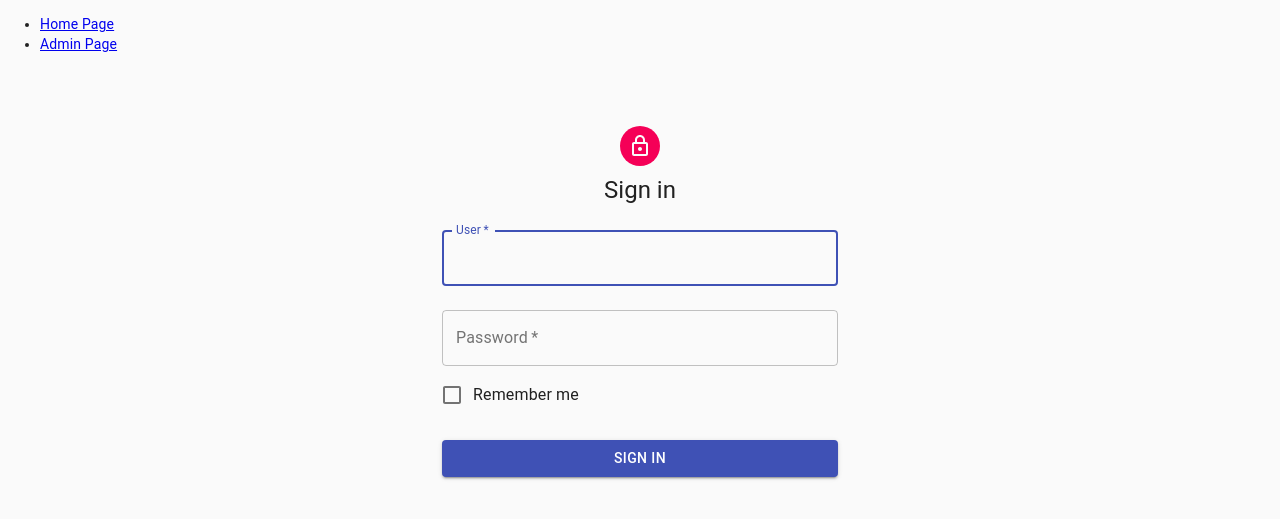
Repository: iznnull/models-front
Page: /admin
An editor plug-in stored every save of this project. The page is shown before and after the next save, followed by the edit.
The browser window is 1280 px wide. The pictures show the whole page.
The project was rebuilt for these pictures with package versions that can differ from the ones it lists, and the page was loaded fresh each time. Also part of the build but not shown: src/pages/Admin.js.

Above is the page before, as saved 2020-05-13 14:36:14.

### src/App.js

import React from "react";
import { BrowserRouter as Router, Link, Route } from "react-router-dom";
import PrivateRoute from './routes/PrivateRoute';
import Admin from "./pages/Admin";
import AuthForm from "./components/AuthForm"
import { AuthContext } from "./context/auth";

function App(props) {
  return (
    <AuthContext.Provider value={false}>
      <Router>
        <div>
          <ul>
          <li>
            <Link to="/">Home Page</Link>
          </li>
          <li>
            <Link to="/admin">Admin Page</Link>
          </li>
          </ul>
          <Route exact path="/" component={AuthForm} />
          <PrivateRoute path="/admin" component={Admin} />
        </div>
      </Router>
    </AuthContext.Provider>
  );
}

export default App;

### src/routes/PrivateRoute.js
import React from "react";
import { Route, Redirect } from "react-router-dom";
import { useAuth } from "../context/auth";

function PrivateRoute({ component: Component, ...rest }) {
  const { authTokens } = useAuth();


  return (
    <Route
      {...rest}
      render={props =>
        authTokens  ? (
          <Component {...props} />
        ) : (
          <Redirect to="/" />
        )
      }
    />
  );
}

export default PrivateRoute;

### src/components/AuthForm.js
import React, {useState} from 'react';
import Avatar from '@material-ui/core/Avatar';
import Button from '@material-ui/core/Button';
import CssBaseline from '@material-ui/core/CssBaseline';
import TextField from '@material-ui/core/TextField';
import FormControlLabel from '@material-ui/core/FormControlLabel';
import Checkbox from '@material-ui/core/Checkbox';
import LockOutlinedIcon from '@material-ui/icons/LockOutlined';
import Typography from '@material-ui/core/Typography';
import Container from '@material-ui/core/Container';
import { makeStyles } from '@material-ui/core/styles';
import { useAuth } from "../context/auth";
import axios from 'axios';
import { Redirect } from "react-router-dom";

const useStyles = makeStyles((theme) => ({
    paper: {
      marginTop: theme.spacing(8),
      display: 'flex',
      flexDirection: 'column',
      alignItems: 'center',
    },
    avatar: {
      margin: theme.spacing(1),
      backgroundColor: theme.palette.secondary.main,
    },
    form: {
      width: '100%', // Fix IE 11 issue.
      marginTop: theme.spacing(1),
    },
    submit: {
      margin: theme.spacing(3, 0, 2),
    },
  }));

function AuthForm(props) {

    const [user, setUser] = useState("");
    const [password, setPassword] = useState("");
    const [isLoggedIn, setLoggedIn] = useState(false);
    const { setAuthTokens } = useAuth();

    const classes = useStyles();

    const onLoginForm_Submit = () => {
      axios.post("http://localhost:5000/api/authenticate", {
        user,
        password
      }).then(result => {
        console.log(result.status)
        if (result.status === 200) {
          setAuthTokens(result.data);
          setLoggedIn(true);
        } else {
          setLoggedIn(false);
        }
      }).catch(e => {
        setLoggedIn(false);
      });
    }

    if (isLoggedIn) {
      return <Redirect to="/admin" />;
    }

    return <Container component="main" maxWidth="xs">
        <CssBaseline />
        <div className={classes.paper}>
            <Avatar className={classes.avatar}>
            <LockOutlinedIcon />
            </Avatar>

            <Typography component="h1" variant="h5">
            Sign in
            </Typography>

            <form className={classes.form} validate="true" action="#" onSubmit={onLoginForm_Submit.bind(this)}>
                <TextField
                    variant="outlined"
                    margin="normal"
                    required
                    fullWidth
                    id="user"
                    label="User"
                    name="user"
                    autoComplete="user"
                    autoFocus
                    onChange={(e) => setUser(e.target.value)}
                />
                <TextField
                    variant="outlined"
                    margin="normal"
                    required
                    fullWidth
                    name="password"
                    label="Password"
                    type="password"
                    id="password"
                    autoComplete="current-password"
                    onChange={(e) => setPassword(e.target.value)}
                />
                <FormControlLabel
                    control={<Checkbox value="remember" color="primary" />}
                    label="Remember me"
                />
                <Button
                    type="submit"
                    fullWidth
                    variant="contained"
                    color="primary"
                    className={classes.submit}
                >
                    Sign In
                </Button>
            </form>
        </div>
      </Container>;
}

export default AuthForm;

### src/context/auth.js
import { createContext, useContext } from 'react';

export const AuthContext = createContext();

export function useAuth() {
  return useContext(AuthContext);
}

Loaded but not shown: public/index.html (common file); src/index.js (common file); src/index.css (common file); src/serviceWorker.js (common file)

After the next save:
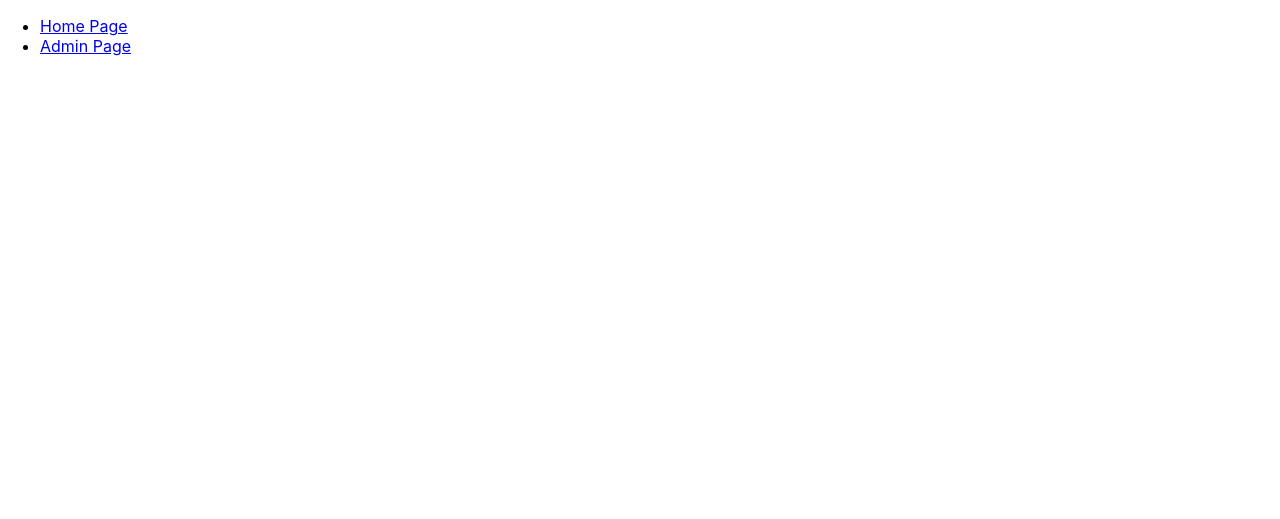
Saved 9 s later.
--- a/src/routes/PrivateRoute.js
+++ b/src/routes/PrivateRoute.js
@@ -13,7 +13,7 @@
         authTokens  ? (
           <Component {...props} />
         ) : (
-          <Redirect to="/" />
+          <Redirect to="/admin" />
         )
       }
     />

After the save that followed:
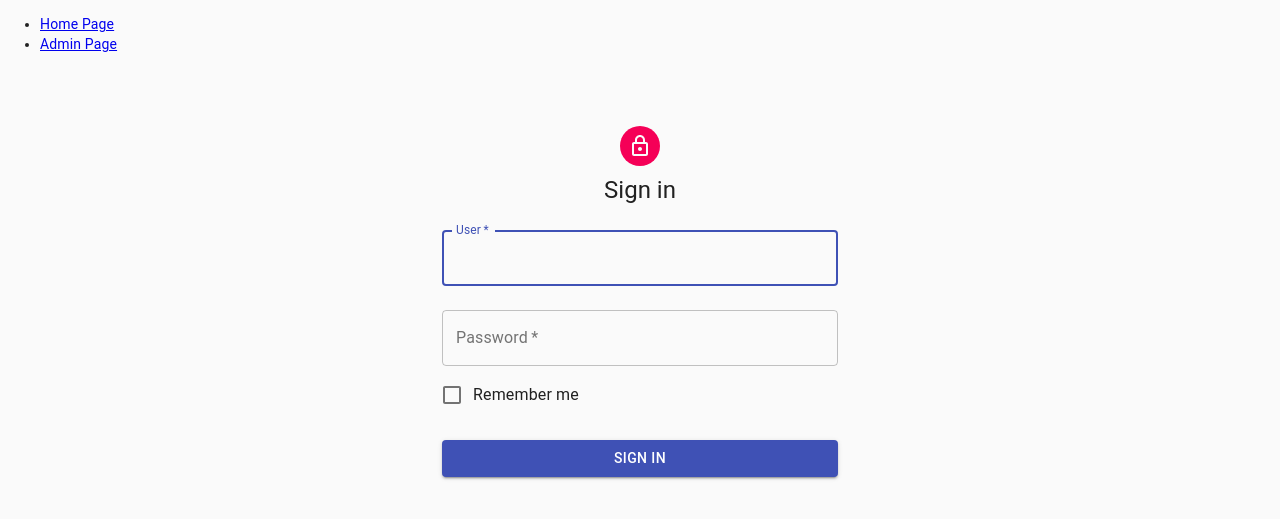
Saved 36 s later.
--- a/src/routes/PrivateRoute.js
+++ b/src/routes/PrivateRoute.js
@@ -13,7 +13,7 @@
         authTokens  ? (
           <Component {...props} />
         ) : (
-          <Redirect to="/admin" />
+          <Redirect to="/" />
         )
       }
     />
